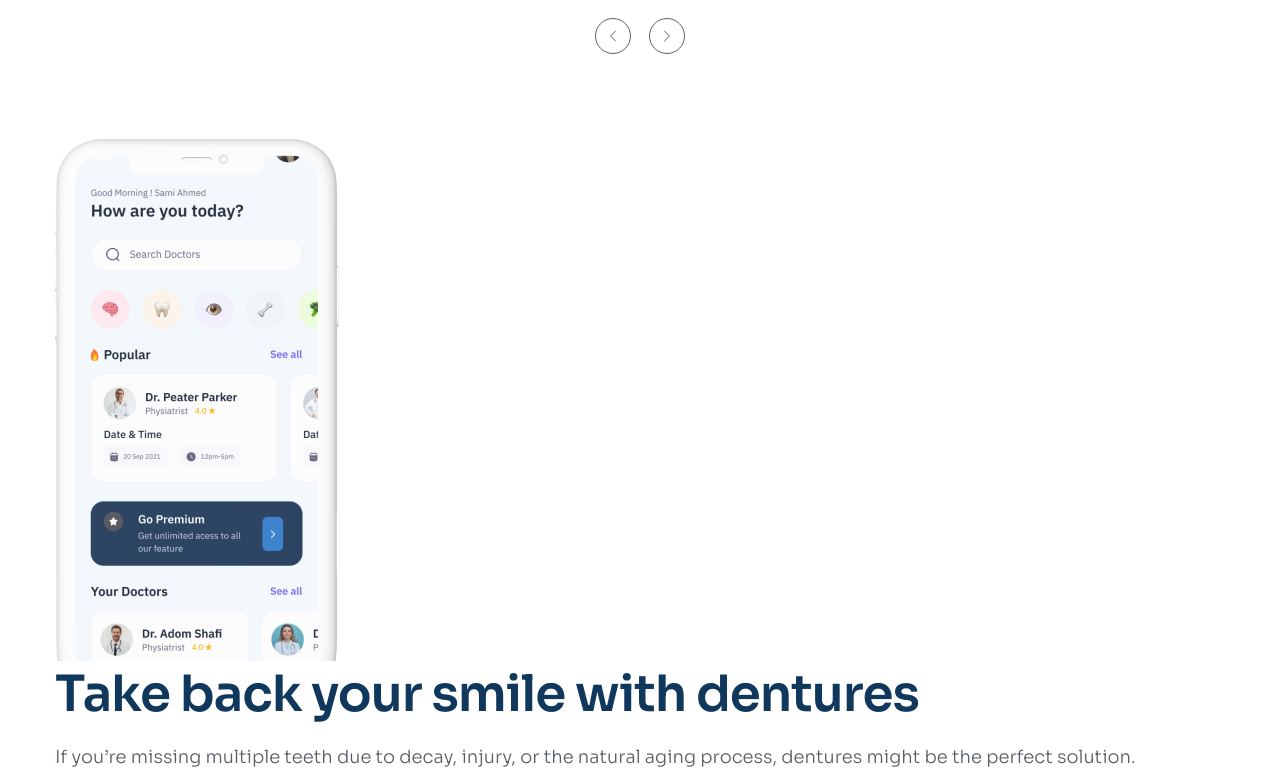
Repository: anhtien111198/f8-htmlcss-03
Page: index.html
These files come from the project's save history. The page is drawn as it stood at one moment and after the next save; the edit follows.
The browser window is 1280 px wide. The pictures show the part of the page from y = 4112 to 4933 px (the page is 4884 px tall before and 4933 px after).
A picture or video elsewhere on the page could not be fetched, so the positions and the page height are approximate.

Above is the page before, as saved 2023-05-13 22:48:03.

After the next save:
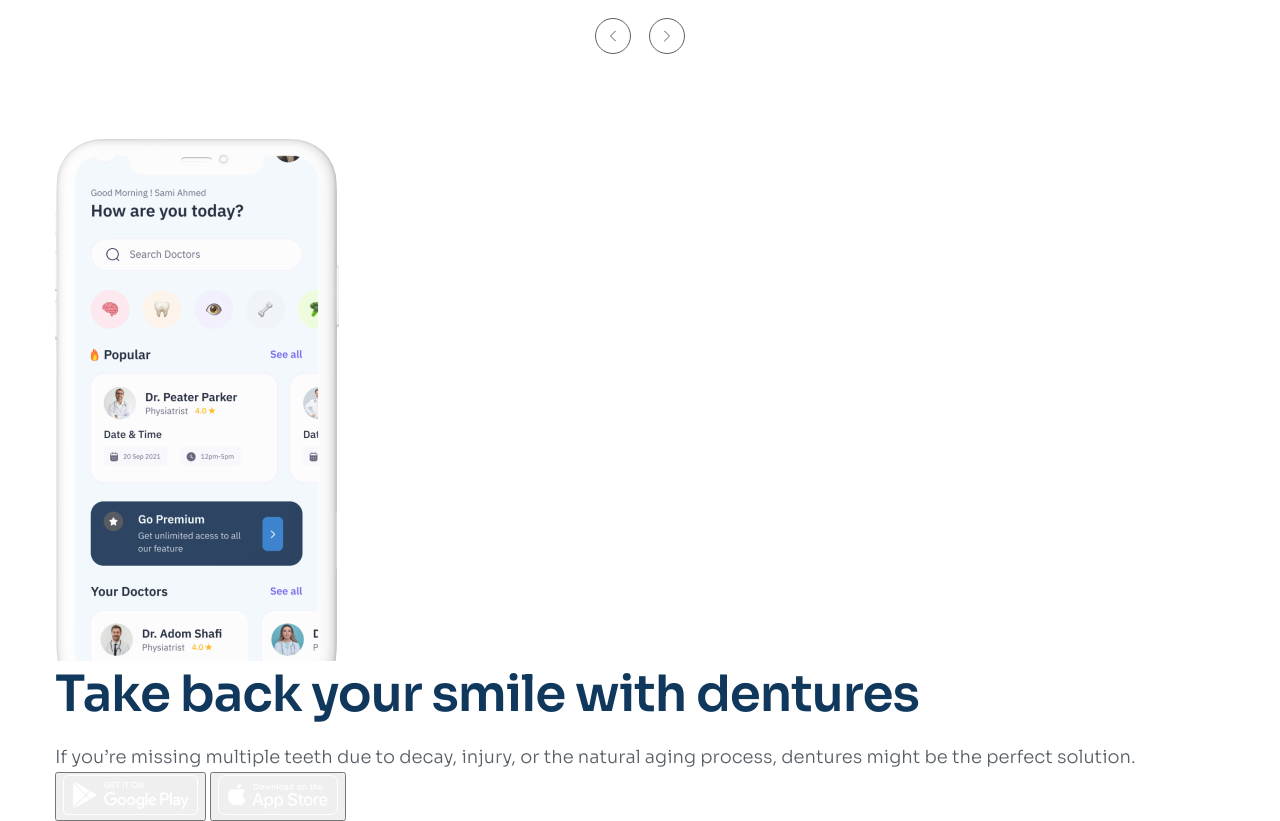
Saved 3 min 43 s later.
--- a/index.html
+++ b/index.html
@@ -496,6 +496,22 @@
                                 injury, or the natural aging process, dentures
                                 might be the perfect solution.
                             </p>
+                            <div class="install__row">
+                                <button class="install__btn">
+                                    <img
+                                        src="./assets/icons/google-play.svg"
+                                        alt=""
+                                        class="install__btn-img"
+                                    />
+                                </button>
+                                <button class="install__btn">
+                                    <img
+                                        src="./assets/icons/app-stor.svg"
+                                        alt=""
+                                        class="install__btn-img"
+                                    />
+                                </button>
+                            </div>
                         </section>
                     </div>
                 </div>
